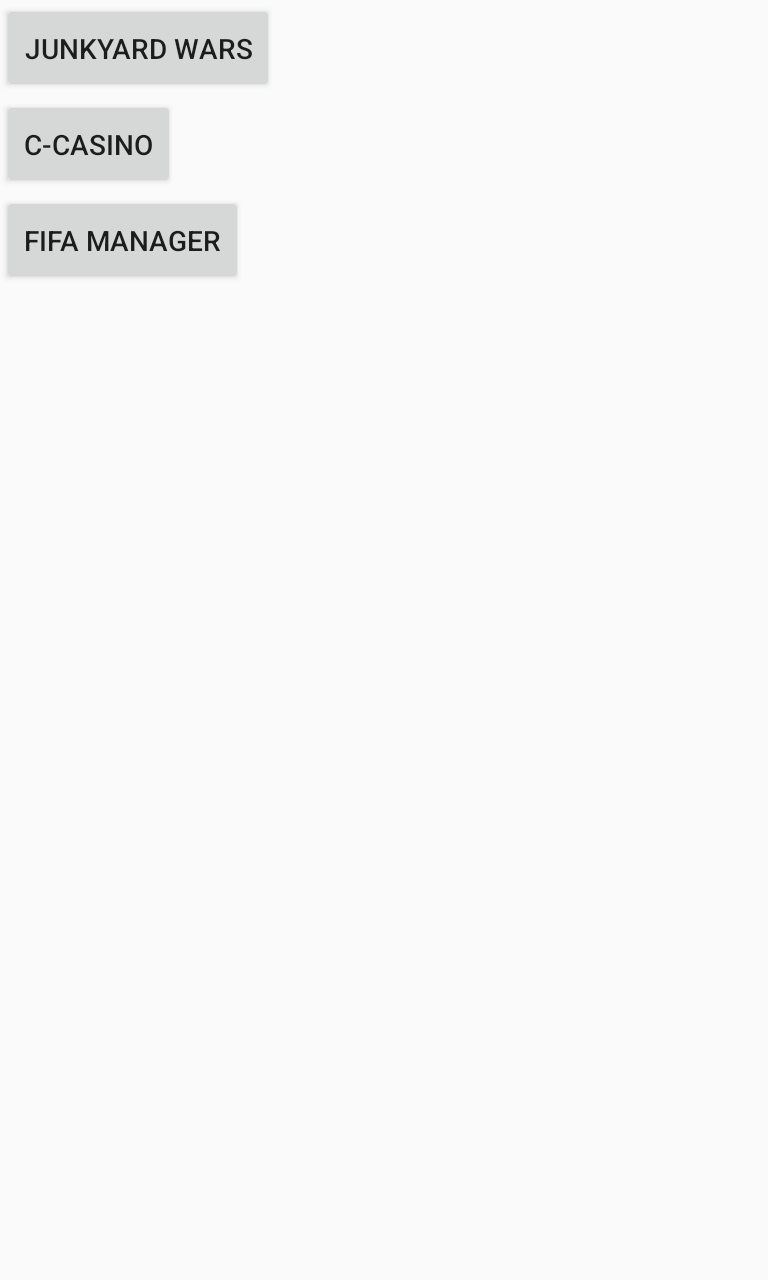
Repository: Attaphon1996/Engineering-Stuff
Layout: OSource/Android Play/Android_Projects/YASH15.0/res/layout/day3_technical.xml
The author's editor kept a copy of each file at every save. The layout is drawn from the files as they stood at one save, then again after the next save.
It is drawn on a 768 x 1280 px phone screen (xhdpi) without system bars, with theme AppTheme; the app's code is not run.

Above is the layout before, as saved 2015-02-09 18:19:31.

After the next save:
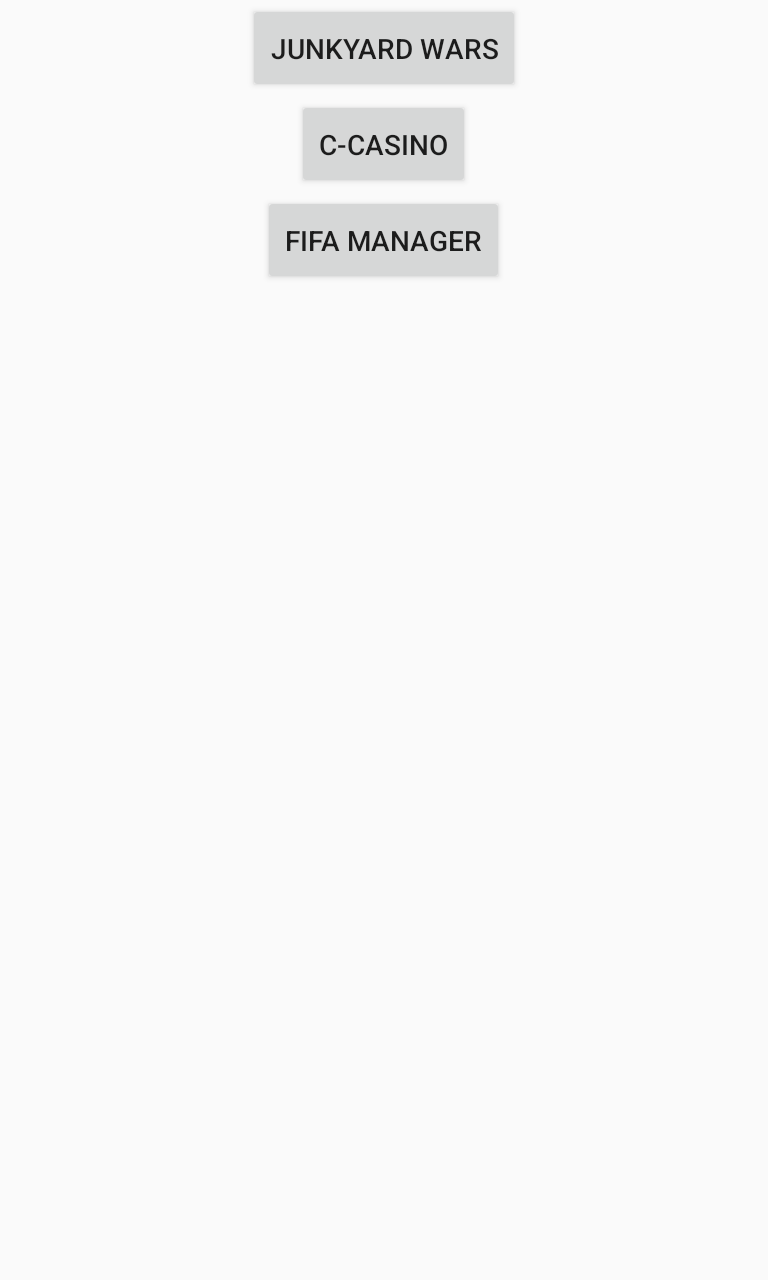
Saved 50 s later.
--- a/OSource/Android Play/Android_Projects/YASH15.0/res/layout/day3_technical.xml
+++ b/OSource/Android Play/Android_Projects/YASH15.0/res/layout/day3_technical.xml
@@ -8,18 +8,21 @@
         android:id="@+id/junkyardwars"
         android:layout_width="wrap_content"
         android:layout_height="wrap_content"
-        android:text="JUNKYARD WARS" />
+        android:text="JUNKYARD WARS"
+        android:layout_gravity="center" />
 
     <Button
         android:id="@+id/ccasino"
         android:layout_width="wrap_content"
         android:layout_height="wrap_content"
-        android:text="C-CASINO" />
+        android:text="C-CASINO"
+        android:layout_gravity="center" />
 
     <Button
         android:id="@+id/fifamanager"
         android:layout_width="wrap_content"
         android:layout_height="wrap_content"
-        android:text="FIFA MANAGER" />
+        android:text="FIFA MANAGER"
+        android:layout_gravity="center" />
 
 </LinearLayout>
